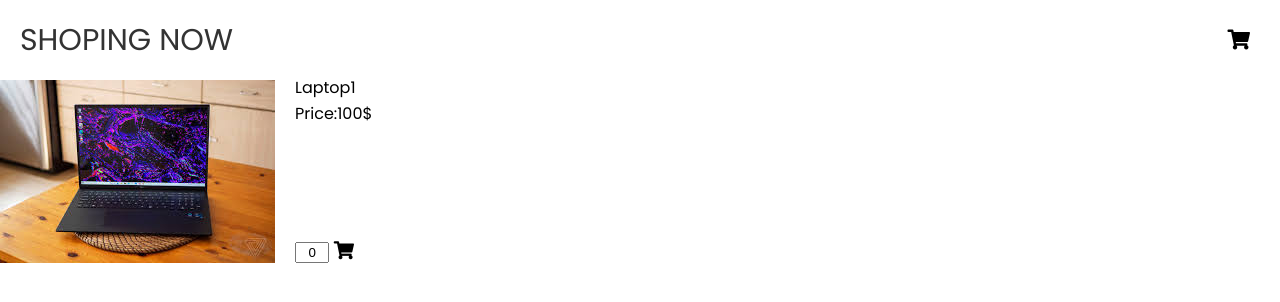
Repository: nttthao9/shopingcart
Page: index.html
These files come from the project's save history. The page is drawn as it stood at one moment and after the next save; the edit follows.
The browser window is 1280 px wide. The pictures show the whole page.
Some web libraries are served in a nearby version.

Above is the page before, as saved 2021-10-04 14:26:37.

### index.html
<!DOCTYPE html>
<html lang="en">

<head>
  <meta charset="UTF-8">
  <meta http-equiv="X-UA-Compatible" content="IE=edge">
  <meta name="viewport" content="width=device-width, initial-scale=1.0">
  <title>Shoping Cart</title>
  <link rel="preconnect" href="https://fonts.googleapis.com">
  <link rel="preconnect" href="https://fonts.gstatic.com" crossorigin>
  <link href="https://fonts.googleapis.com/css2?family=Poppins:wght@300;400;500;600&display=swap" rel="stylesheet">
  <link rel="stylesheet" href="https://cdnjs.cloudflare.com/ajax/libs/font-awesome/5.1.0-11/css/all.css"
    integrity="sha512-xO/VZFNBvip9IT+BD6Nq/pHdBvKeFcwygKqARlegjQ+5A68KsMSYrPbGP1oYow5ec9Tqq8peJXcn5J1bD4O00w=="
    crossorigin="anonymous" referrerpolicy="no-referrer" />
  <link rel="stylesheet" href="./styles/reset.css">
  <link rel="stylesheet" href="./styles/style.css">
</head>

<body>
  <div class="shoping">
    <div class="shoping-bar">
      <h2 class="shoping-title">Shoping now</h2>
      <div class="shoping-cart">
        <i class="fas fa-shopping-cart"></i>
      </div>
    </div>
    <div class="product-list">
      <div class="product-item">
        <img src="./images/laptop1.jpg" alt="" class="product-image">
        <div class="product-desc">
          <span class="product-name">Laptop1</span>
          <span>Price:<span class="product-price">100$</span></span>
          <div class="product-buy">
            <input type="number" name="" id="" class="product-count" value="0" min="0">
            <i class="fas fa-shopping-cart cart-icon"></i>
          </div>
        </div>

      </div>
    </div>
  </div>
  <script src="./main.js"></script>
</body>

</html>

### styles/style.css
* {
  box-sizing: border-box;
}
html {
  font-size: 62.5%;
}
input::-webkit-outer-spin-button,
input::-webkit-inner-spin-button {
  -webkit-appearance: none;
  margin: 0;
}
input[type='number'] {
  -moz-appearance: textfield;
}
body {
  font-family: 'Poppins', sans-serif;
  line-height: 1;
  font-size: 1.6rem;
}
.shoping-bar {
  display: flex;
  align-items: center;
  justify-content: space-between;
  padding: 2rem;
}
.shoping-title {
  font-size: 3rem;
  color: #333;
  text-transform: uppercase;
}
.shoping-cart {
  font-size: 2rem;
  padding: 1rem;
  cursor: pointer;
}
.product-item {
  display: flex;
}
.product-name {
  display: block;
  margin-bottom: 1rem;
}
.product-price {
  display: inline-block;
  margin-bottom: 1rem;
}
.product-desc {
  margin-left: 2rem;
  display: flex;
  flex-direction: column;
}
.product-count {
  width: 15%;
  text-align: center;
}
.product-buy {
  margin-top: auto;
}
.cart-icon {
  display: inline-block;
  font-size: 1.8rem;
  cursor: pointer;
  margin-right: 2rem;
}

### main.js
const productList = [
  {
    id: 1,
    name: 'laptop1',
    image: './images/laptop1.jpg',
    price: 100,
  },
  {
    id: 2,
    name: 'laptop2',
    image: './images/laptop2.jpg',
    price: 200,
  },
  {
    id: 3,
    name: 'laptop3',
    image: './images/laptop3.jpg',
    price: 300,
  },
];
const nameProduct = productList.map((item) => Object.values(item));
console.log(nameProduct);

Loaded but not shown: styles/reset.css (common file)

After the next save:
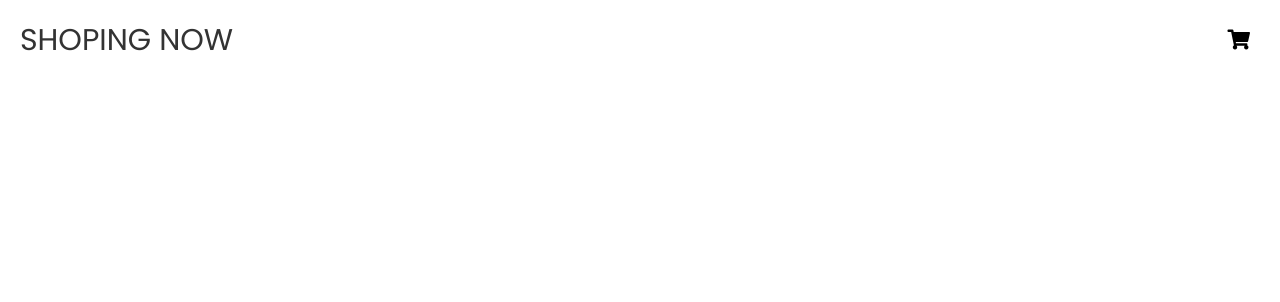
Saved 43 s later.
--- a/index.html
+++ b/index.html
@@ -25,7 +25,7 @@
       </div>
     </div>
     <div class="product-list">
-      <div class="product-item">
+      <!-- <div class="product-item">
         <img src="./images/laptop1.jpg" alt="" class="product-image">
         <div class="product-desc">
           <span class="product-name">Laptop1</span>
@@ -35,8 +35,7 @@
             <i class="fas fa-shopping-cart cart-icon"></i>
           </div>
         </div>
-
-      </div>
+      </div> -->
     </div>
   </div>
   <script src="./main.js"></script>
